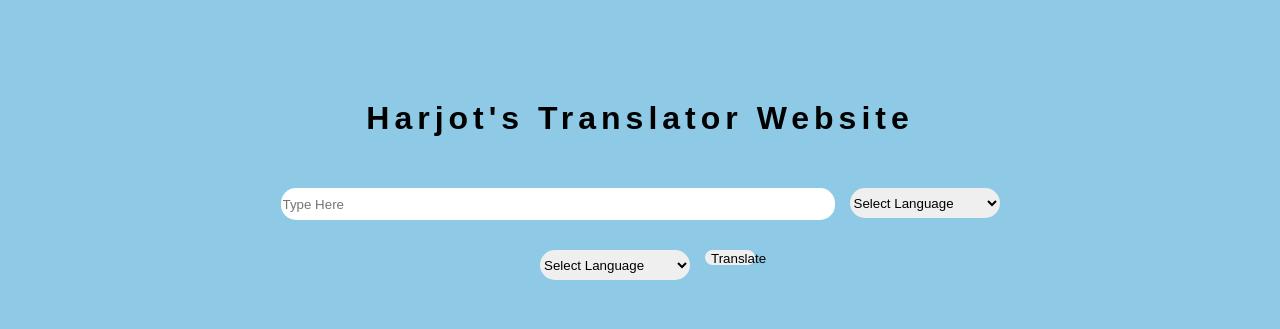
Repository: Harjot00/Pythonpractice
Page: Translator/homepage.html
The author's editor kept a copy of each file at every save. The page is drawn from the files as they stood at one save, then again after the next save.
The browser window is 1280 px wide. The pictures show the whole page.
Some web fonts or font styles are not loaded; a fallback is used.

Above is the page before, as saved 2022-03-06 19:31:03.

After the next save:
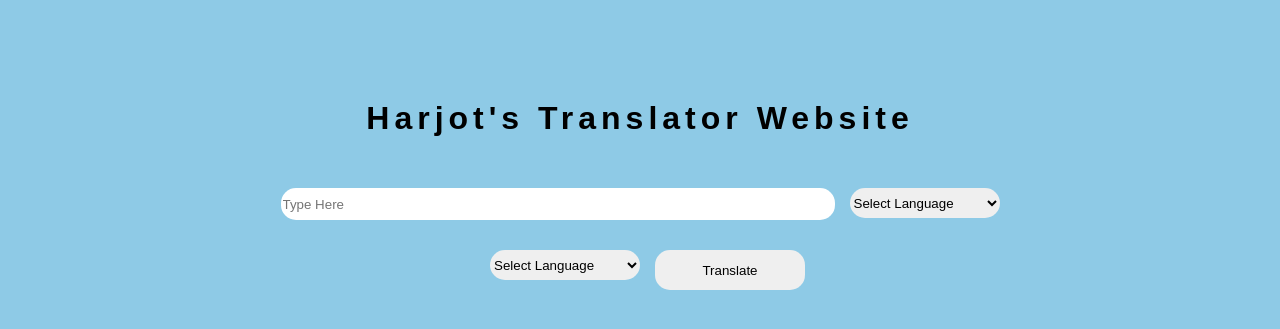
Saved 21 s later.
--- a/Translator/styles.css
+++ b/Translator/styles.css
@@ -30,8 +30,8 @@ select{
     border-radius: 15px;
 }
 button{
-    width: 50px;
-    height:15px;
+    width: 150px;
+    height:40px;
     margin:30px 0px 0px 15px;
     border: none;
     border-radius: 15px;
